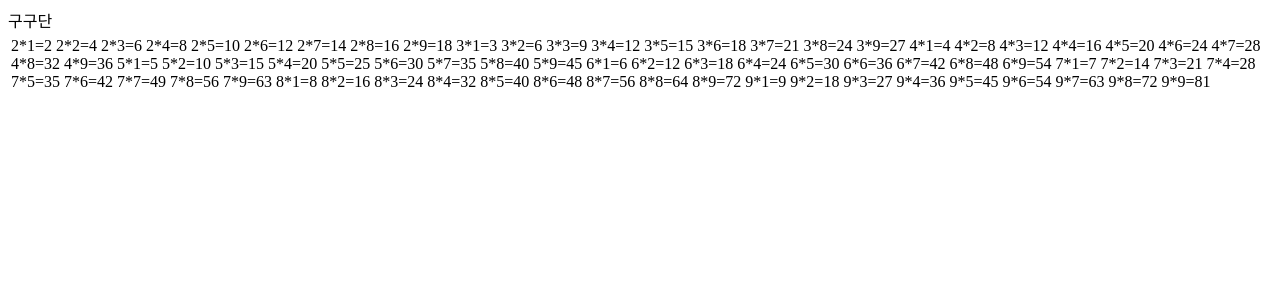
Repository: Yongb15/4.jsp
Page: http://localhost/Ex_0527/gugudan.jsp
These files come from the project's save history. The page is drawn as it stood at one moment and after the next save; the edit follows.
The browser window is 1280 px wide. The pictures show the whole page.
The page is served by Tomcat 10. Other server files are loaded and not shown.

Above is the page before, as saved 2024-05-27 12:15:45.

### Ex_0527/src/main/webapp/gugudan.jsp
<%@ page language="java" contentType="text/html; charset=UTF-8"
    pageEncoding="UTF-8"%>
<!DOCTYPE html>
<html>
<head>
<meta charset="UTF-8">
<style>
dan{
border: 5px solid black;
}
</style>
<title>구구단</title>
</head>
<body>
<table>
 <tr>구구단</tr>
 <td class=dan>
 <%for(int i = 2; i<=9; i++){
			for(int j = 1; j<=9; j++){
				out.println(i+"*"+j+"="+(i*j));
			}
		}%>
 </td>

</table>
</body>
</html>

After the next save:
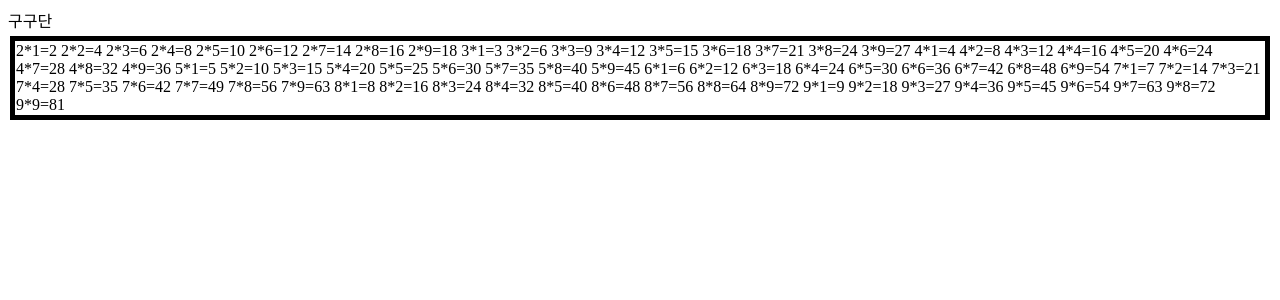
Saved 17 s later.
--- a/Ex_0527/src/main/webapp/gugudan.jsp
+++ b/Ex_0527/src/main/webapp/gugudan.jsp
@@ -5,7 +5,7 @@
 <head>
 <meta charset="UTF-8">
 <style>
-dan{
+#dan{
 border: 5px solid black;
 }
 </style>
@@ -14,7 +14,7 @@
 <body>
 <table>
  <tr>구구단</tr>
- <td class=dan>
+ <td id=dan>
  <%for(int i = 2; i<=9; i++){
 			for(int j = 1; j<=9; j++){
 				out.println(i+"*"+j+"="+(i*j));

After the save that followed:
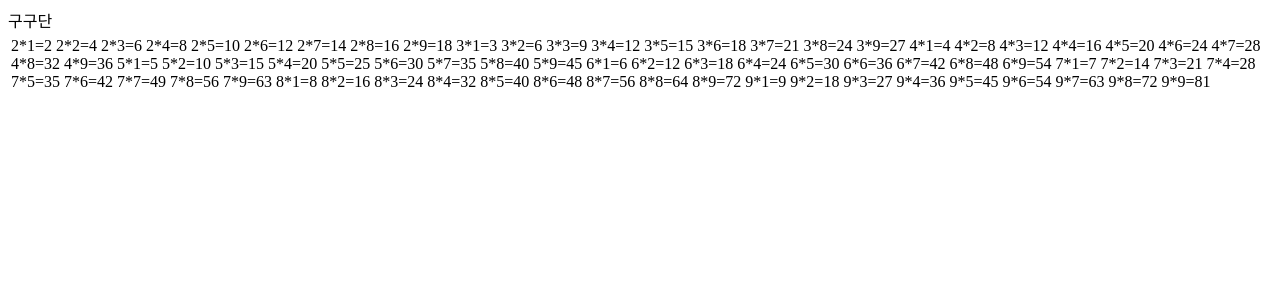
Saved 26 s later.
--- a/Ex_0527/src/main/webapp/gugudan.jsp
+++ b/Ex_0527/src/main/webapp/gugudan.jsp
@@ -5,7 +5,7 @@
 <head>
 <meta charset="UTF-8">
 <style>
-#dan{
+dan{
 border: 5px solid black;
 }
 </style>
@@ -14,7 +14,7 @@
 <body>
 <table>
  <tr>구구단</tr>
- <td id=dan>
+ <td class=dan>
  <%for(int i = 2; i<=9; i++){
 			for(int j = 1; j<=9; j++){
 				out.println(i+"*"+j+"="+(i*j));
